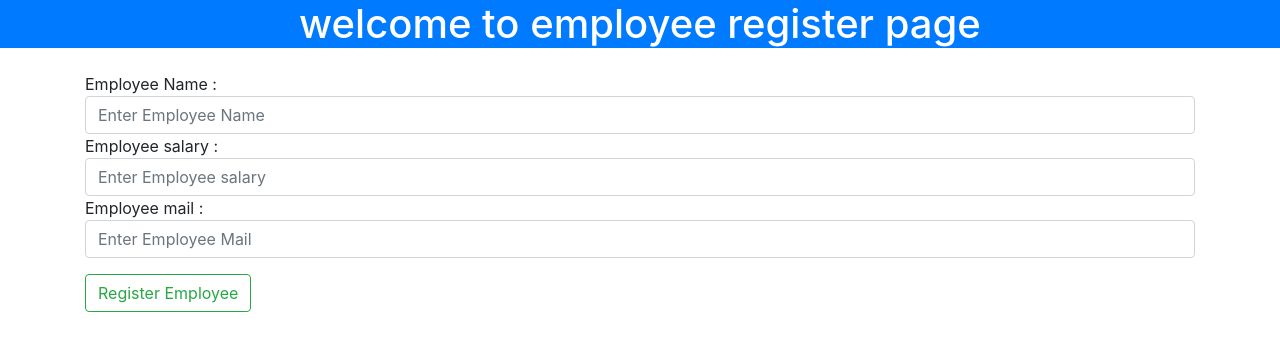
Repository: lokeshsukhwal/EmployeeMiniProject
Page: http://localhost/EmployeeEdit
The author's editor kept a copy of each file at every save. The page is drawn from the files as they stood at one save, then again after the next save.
The browser window is 1280 px wide. The pictures show the whole page.
The page is this project's Thymeleaf template; nobody is signed in. The template is opened directly, without the code that normally fills it, so the values that code supplies are empty.

Above is the page before, as saved 2023-01-16 12:04:05.

### SpringBootMvc-ThymeleafMySqlCrudMiniProject/src/main/resources/templates/EmployeeEdit.html
<!DOCTYPE html>
<html>
<head>
<meta charset="ISO-8859-1">
<title>Employee register page</title>
<link rel="stylesheet"
	href="https://cdn.jsdelivr.net/npm/bootstrap@4.0.0/dist/css/bootstrap.min.css"
	integrity="sha384-Gn5384xqQ1aoWXA+058RXPxPg6fy4IWvTNh0E263XmFcJlSAwiGgFAW/dAiS6JXm"
	crossorigin="anonymous">
</head>
<body>
	<h1 class="bg-primary text-white text-center">welcome to employee
		register page</h1>
	<div class="container">
		<form action="save" method="post" class="mt-4">
			Employee Name : <input type="text" name="empName"
				class="form-control" placeholder="Enter Employee Name">
			Employee salary : <input type="text" name="empSalary"
				class="form-control" placeholder="Enter Employee salary">
			Employee mail : <input type="email" name="empMail"
				class="form-control" placeholder="Enter Employee Mail">

		<button type="button" class="btn btn-outline-success mt-3">Register Employee</button>

		</form>
	</div>

</body>
</html>

After the next save:
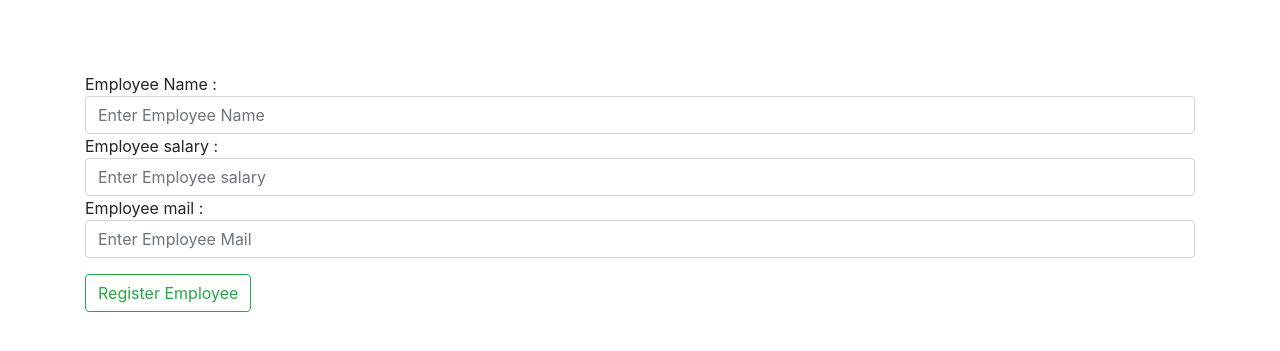
Saved 56 s later.
--- a/SpringBootMvc-ThymeleafMySqlCrudMiniProject/src/main/resources/templates/EmployeeEdit.html
+++ b/SpringBootMvc-ThymeleafMySqlCrudMiniProject/src/main/resources/templates/EmployeeEdit.html
@@ -9,7 +9,7 @@
 	crossorigin="anonymous">
 </head>
 <body>
-	<h1 class="bg-primary text-white text-center">welcome to employee
+	<h1 class=" text-white text-center">welcome to employee
 		register page</h1>
 	<div class="container">
 		<form action="save" method="post" class="mt-4">
